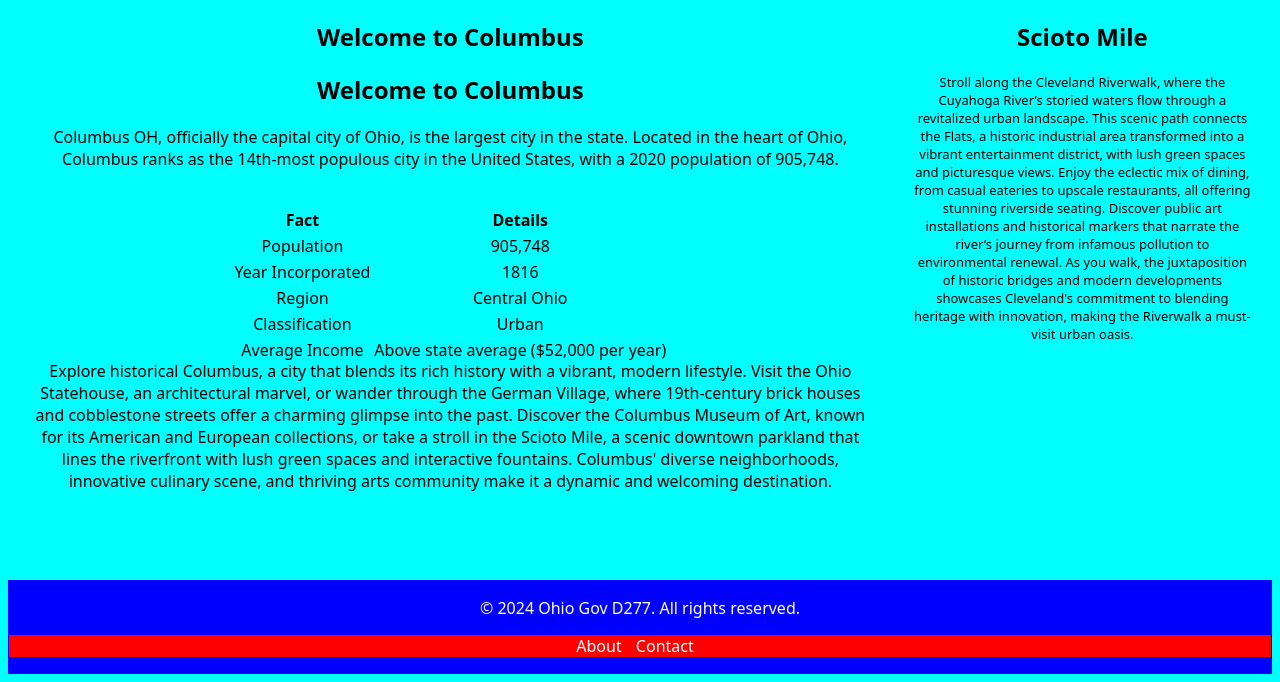
Repository: MikeeBuilds/FEWD-task1
Page: columbus.html
The author's editor kept a copy of each file at every save. The page is drawn from the files as they stood at one save, then again after the next save.
The browser window is 1280 px wide. The pictures show the part of the page from y = 523 to 1205 px (the page is 1205 px tall).
A picture or video elsewhere on the page could not be fetched, so the positions and the page height are approximate.

Above is the page before, as saved 2024-07-02 16:50:49.

After the next save:
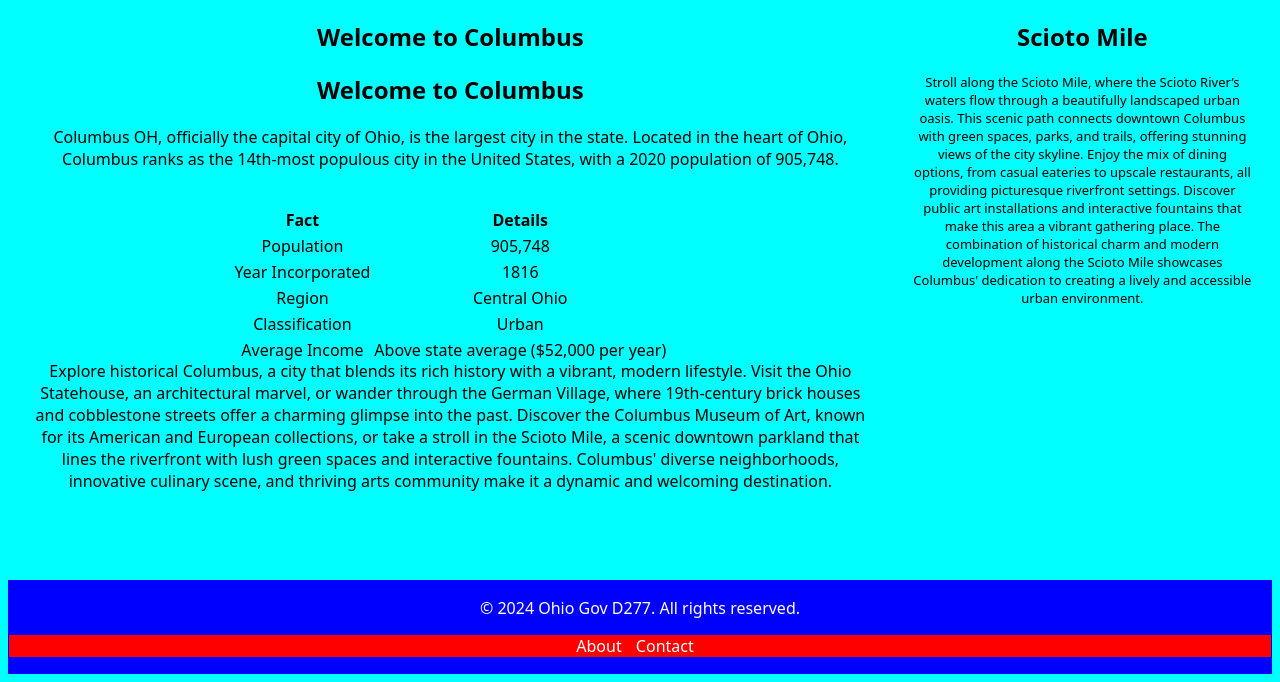
Saved 13 s later.
--- a/columbus.html
+++ b/columbus.html
@@ -67,7 +67,7 @@
     <aside>
         <h2>Scioto Mile</h2>
         <p class="asideparagraph">
-            Stroll along the Cleveland Riverwalk, where the Cuyahoga River’s storied waters flow through a revitalized urban landscape. This scenic path connects the Flats, a historic industrial area transformed into a vibrant entertainment district, with lush green spaces and picturesque views. Enjoy the eclectic mix of dining, from casual eateries to upscale restaurants, all offering stunning riverside seating. Discover public art installations and historical markers that narrate the river’s journey from infamous pollution to environmental renewal. As you walk, the juxtaposition of historic bridges and modern developments showcases Cleveland's commitment to blending heritage with innovation, making the Riverwalk a must-visit urban oasis.
+            Stroll along the Scioto Mile, where the Scioto River’s waters flow through a beautifully landscaped urban oasis. This scenic path connects downtown Columbus with green spaces, parks, and trails, offering stunning views of the city skyline. Enjoy the mix of dining options, from casual eateries to upscale restaurants, all providing picturesque riverfront settings. Discover public art installations and interactive fountains that make this area a vibrant gathering place. The combination of historical charm and modern development along the Scioto Mile showcases Columbus' dedication to creating a lively and accessible urban environment.
         </p>
     </aside>
 
